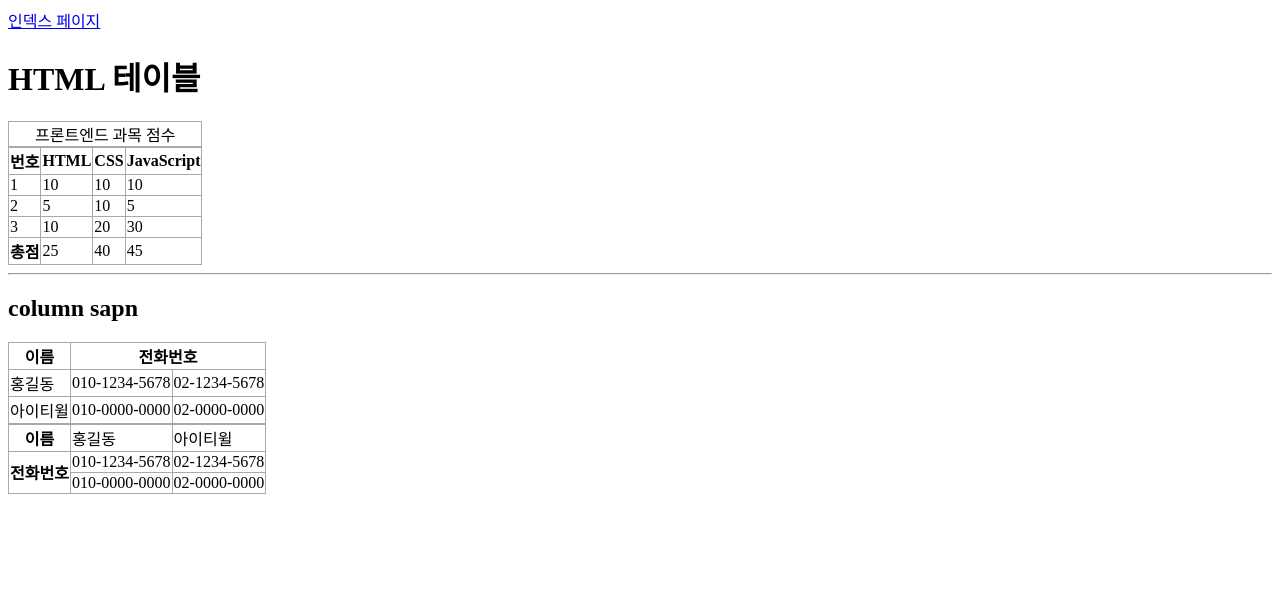
Repository: Sid0130/HTML
Page: lab-web/lab01_html/src/main/webapp/table.html
An editor plug-in stored every save of this project. The page is shown before and after the next save, followed by the edit.
The browser window is 1280 px wide. The pictures show the whole page.

Above is the page before, as saved 2024-12-03 08:11:51.

### lab-web/lab01_html/src/main/webapp/table.html
<!DOCTYPE html>
<html>
	<head>
		<meta charset="UTF-8">
		<title>Lab01</title>

        <!-- CSS 설정: -->
        <style>
            table, th, td, caption {
                border: 1px solid darkgray;
                border-collapse: collapse;
            }
        </style>

	</head>
	<body>
		<a href="index.html">인덱스 페이지</a>

        <h1>HTML 테이블</h1>
        <table>
            <caption>프론트엔드 과목 점수</caption>
                <thead> <!-- table header(표 머릿글): 컬럼 이름 -->
                    <tr> <!-- table row(표 행) -->
                        <th>번호</th> <!-- table cell header -->
                        <th>HTML</th>
                        <th>CSS</th>
                        <th>JavaScript</th>
                    </tr>
                </thead>
                <tbody> <!-- table body(표 몸통) -->
                    <tr>
                        <td>1</td><!-- table cell data -->
                        <td>10</td>
                        <td>10</td>
                        <td>10</td>
                    </tr>
                    <tr>
                        <td>2</td>
                        <td>5</td>
                        <td>10</td>
                        <td>5</td>
                    </tr>
                    <tr>
                        <td>3</td>
                        <td>10</td>
                        <td>20</td>
                        <td>30</td>
                    </tr>
                </tbody>
                <tfoot> <!-- table footer(표 꼬릿글) -->
                    <tr>
                        <th>총점</th>
                        <td>25</td>
                        <td>40</td>
                        <td>45</td>
                    </tr>
                </tfoot>
        </table>

        <hr>
        <h2>column sapn</h2>

        <table>
            <thead>
                <tr>
                    <th>이름</th>
                    <th colspan="2">전화번호</th>
                </tr>
            </thead>
            <tbody>
                <tr>
                    <td>홍길동</td>
                    <td>010-1234-5678</td>
                    <td>02-1234-5678</td>
                </tr>
                <tr>
                    <td>아이티윌</td>
                    <td>010-0000-0000</td>
                    <td>02-0000-0000</td>
                </tr>
            </tbody>
        </table>

        <table>
            <tbody>
                <tr>
                    <th>이름</th>
                    <td>홍길동</td>
                    <td>아이티윌</td>
                </tr>
                <tr>
                    <th rowspan="2">전화번호</th>
                    <td>010-1234-5678</td>
                    <td>02-1234-5678</td>
                </tr>
                    <td>010-0000-0000</td>
                    <td>02-0000-0000</td>
            </tbody>
        </table>
	</body>
</html>

After the next save:
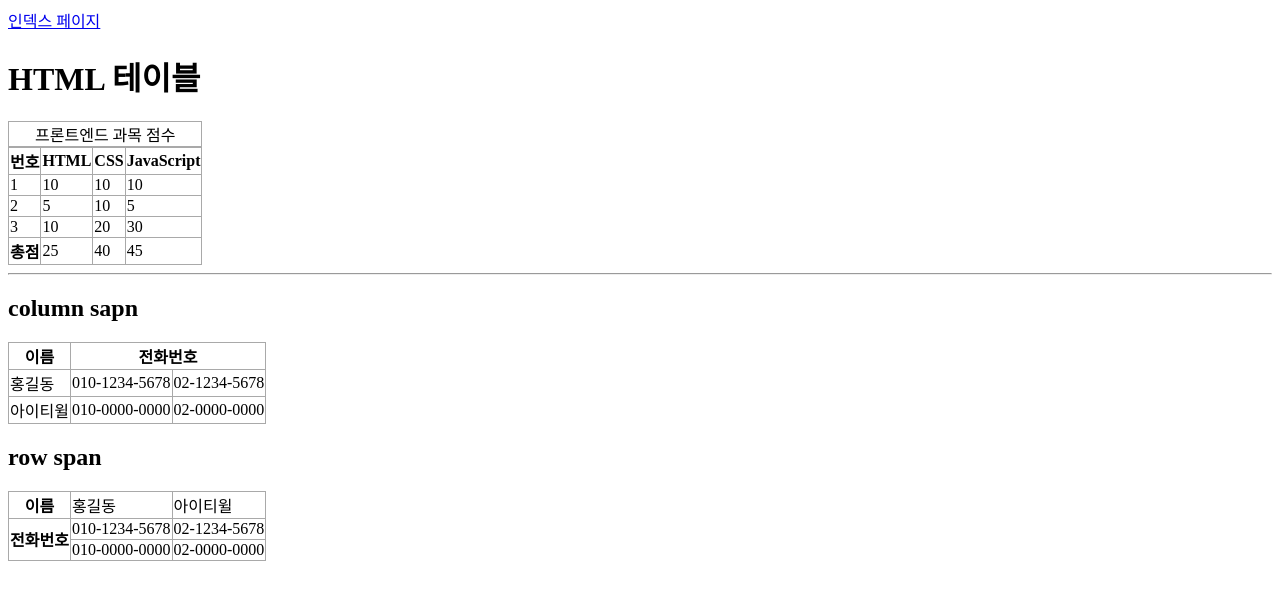
Saved 2 min 12 s later.
--- a/lab-web/lab01_html/src/main/webapp/table.html
+++ b/lab-web/lab01_html/src/main/webapp/table.html
@@ -81,6 +81,7 @@
             </tbody>
         </table>
 
+        <h2>row span</h2>
         <table>
             <tbody>
                 <tr>
